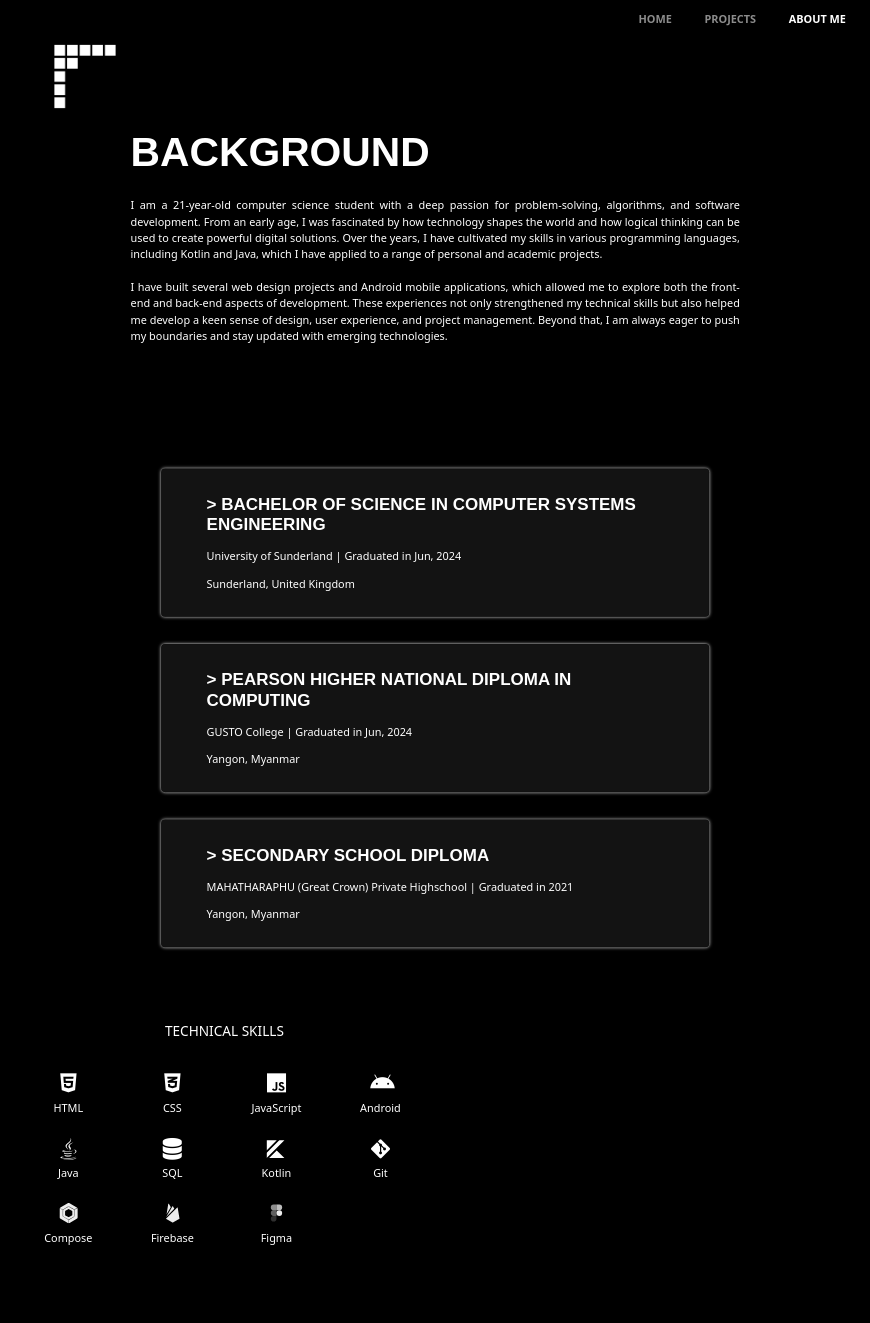
Repository: pyaestk/Portfolio-template
Page: aboutme.html
The author's editor kept a copy of each file at every save. The page is drawn from the files as they stood at one save, then again after the next save.
The browser window is 1280 px wide. The pictures show the whole page, at 68% of full size.
Some web fonts or font styles are not loaded; a fallback is used. Some web libraries are served in a nearby version.

Above is the page before, as saved 2025-05-24 13:14:17.
Console error: TypeError: Cannot read properties of null (reading 'addEventListener')

After the next save:
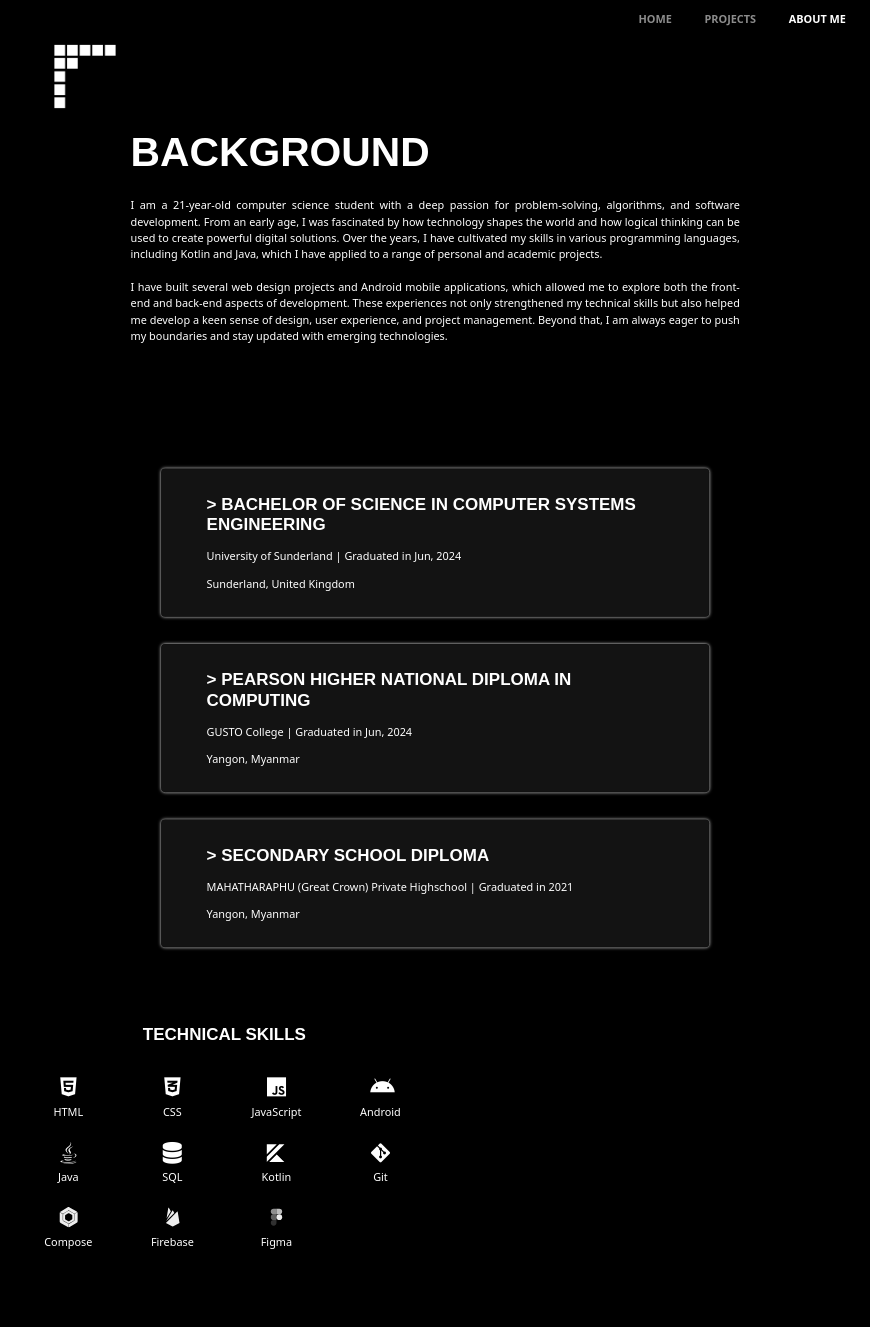
Saved 25 s later.
--- a/styles.css
+++ b/styles.css
@@ -214,17 +214,13 @@
 }
 
 
-.skills-container h5 {
+.technical-skills h5 {
   font-size: 25px;
   font-weight: bolder;
   font-family: "Doto", sans-serif;
 
 }
-.skills-container {
-  display: flex;
-  justify-content: space-evenly;
-  flex-direction: row;
-}
+
 
 .skills-container .technical-skills{
   background-color: rgba(29, 29, 29, 0.671);

After the save that followed:
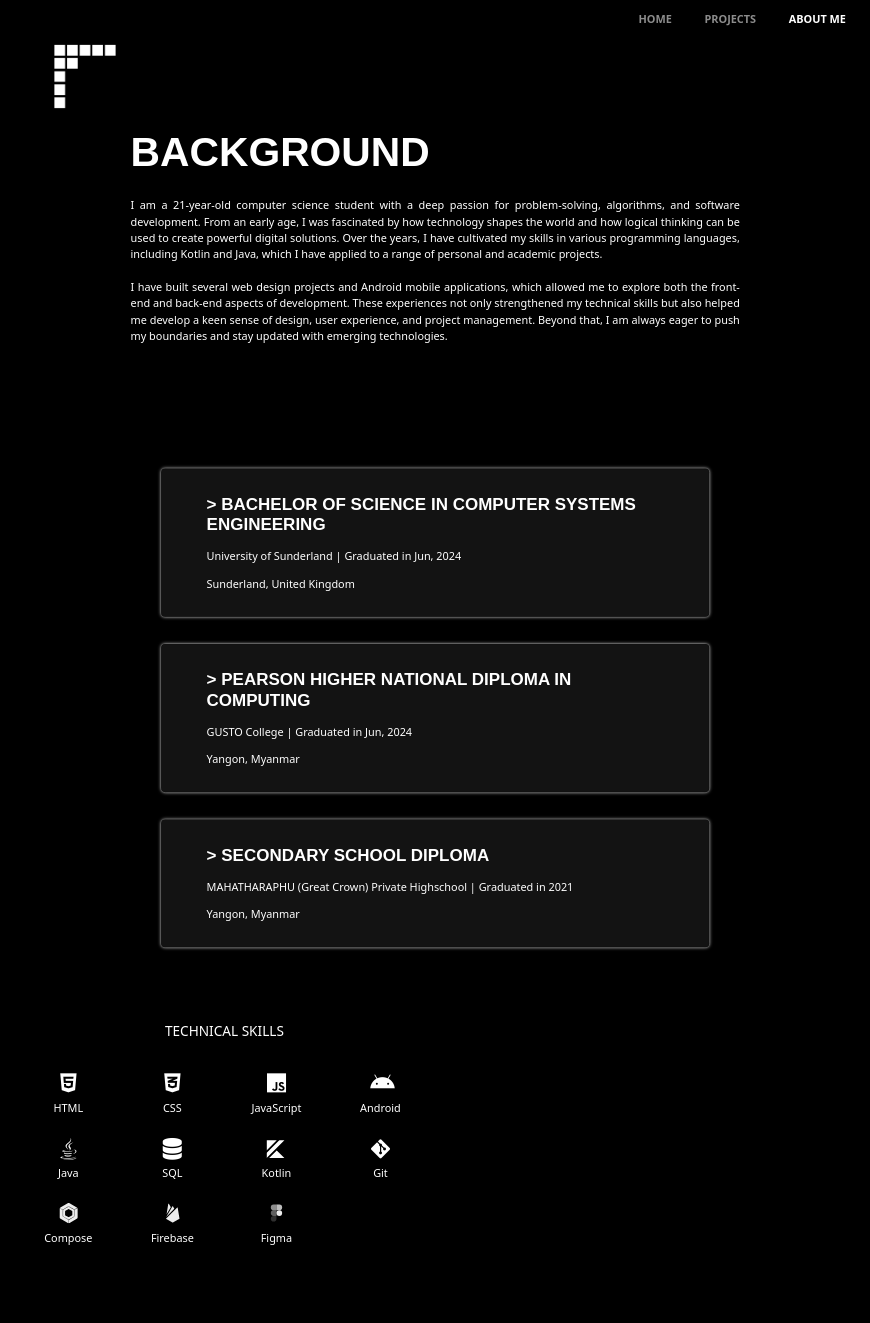
Saved 19 s later.
--- a/styles.css
+++ b/styles.css
@@ -214,13 +214,17 @@
 }
 
 
-.technical-skills h5 {
+.skills-container h5 {
   font-size: 25px;
   font-weight: bolder;
   font-family: "Doto", sans-serif;
 
 }
-
+.skills-container {
+  display: flex;
+  justify-content: space-evenly;
+  flex
+}
 
 .skills-container .technical-skills{
   background-color: rgba(29, 29, 29, 0.671);
